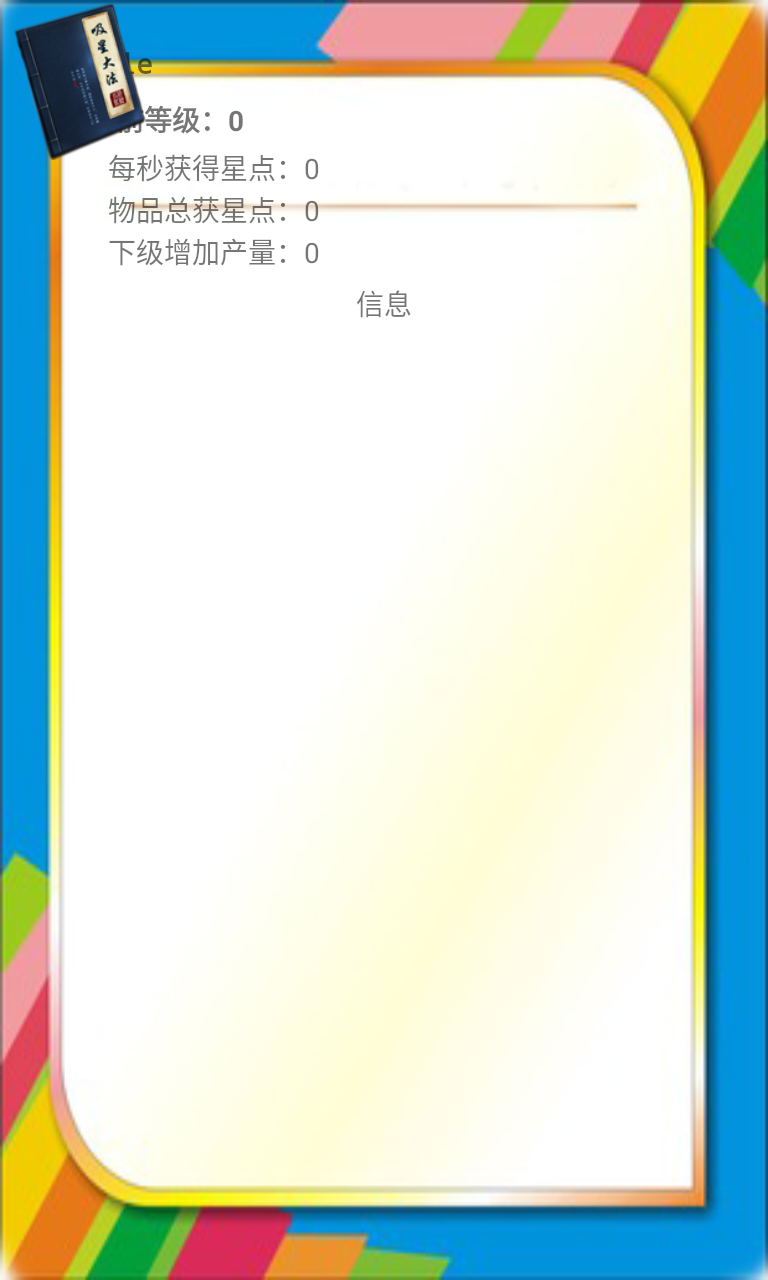
Repository: xianyun2014/StarPoint
Layout: game/res/layout/build_info_view.xml
An editor plug-in stored every save of this project. The layout is shown before and after the next save, followed by the edit.
It is drawn on a 768 x 1280 px phone screen (xhdpi) without system bars, with theme AppTheme; the app's code is not run.

Above is the layout before, as saved 2014-11-17 15:33:51.

### game/res/layout/build_info_view.xml
<RelativeLayout xmlns:android="http://schemas.android.com/apk/res/android"
    xmlns:android1="http://schemas.android.com/apk/res/android"
    android1:id="@+id/build_info"
    android1:layout_width="wrap_content"
    android1:layout_height="wrap_content"
    android1:layout_alignParentLeft="true"
    android1:layout_alignParentTop="true"
    android1:layout_alignParentBottom="true"
    android1:layout_alignParentRight="true"
    android1:layout_marginTop="60dp"
    android1:layout_marginRight="10dp"
    android1:layout_marginLeft="10dp"
    android1:layout_marginBottom="150dp">

    <ImageView
        android1:id="@+id/imageView1"
        android1:layout_width="fill_parent"
        android1:layout_height="fill_parent"
        android1:layout_alignParentBottom="true"
        android1:layout_alignParentLeft="true"
        android1:layout_alignParentTop="true"
        android1:scaleType="fitXY"
        android1:src="@drawable/info_build" />

    <TextView
        android1:id="@+id/build_title"
        android1:layout_width="wrap_content"
        android1:layout_height="wrap_content"
        android1:layout_alignParentLeft="true"
        android1:layout_alignParentTop="true"
        android1:layout_below="@layout/build_info_view"
        android1:layout_marginLeft="34dp"
        android1:layout_marginTop="22dp"
        android1:text="title"
        android1:textStyle="bold"
        android1:typeface="monospace" />

    <TableLayout
        android1:id="@+id/TableLayout1"
        android1:layout_width="wrap_content"
        android1:layout_height="wrap_content"
        android1:layout_alignLeft="@+id/build_title"
        android1:layout_below="@+id/textcurlevel"
        android1:layout_marginLeft="20dp"
        android1:layout_marginTop="3dp" >

        <TableRow
            android1:id="@+id/tableRow1"
            android1:layout_width="wrap_content"
            android1:layout_height="wrap_content" >

            <TextView
                android1:id="@+id/textView1"
                android1:layout_width="wrap_content"
                android1:layout_height="wrap_content"
                android1:text="每秒获得星点：" />

            <TextView
                android1:id="@+id/txt_yield_sec"
                android1:layout_width="wrap_content"
                android1:layout_height="wrap_content"
                android1:text="0" />

        </TableRow>

        <TableRow
            android1:id="@+id/tableRow2"
            android1:layout_width="wrap_content"
            android1:layout_height="wrap_content" >

            <TextView
                android1:id="@+id/textView3"
                android1:layout_width="wrap_content"
                android1:layout_height="wrap_content"
                android1:text="物品总获星点：" />

            <TextView
                android1:id="@+id/txt_yield_total"
                android1:layout_width="wrap_content"
                android1:layout_height="wrap_content"
                android1:text="0" />

        </TableRow>

        <TableRow
            android1:id="@+id/tableRow3"
            android1:layout_width="wrap_content"
            android1:layout_height="wrap_content" >

            <TextView
                android1:id="@+id/textView5"
                android1:layout_width="wrap_content"
                android1:layout_height="wrap_content"
                android1:text="下级增加产量：" />

            <TextView
                android1:id="@+id/txt_next_add"
                android1:layout_width="wrap_content"
                android1:layout_height="wrap_content"
                android1:text="0" />
        </TableRow>
    </TableLayout>

    <TextView
        android1:id="@+id/textcurlevel"
        android1:layout_width="wrap_content"
        android1:layout_height="wrap_content"
        android1:layout_alignLeft="@id/build_title"
        android1:layout_below="@+id/build_title"
        android1:layout_marginLeft="10dp"
        android1:layout_marginTop="8dp"
        android1:text="当前等级："
        android1:textStyle="bold" />

    <TextView
        android1:id="@+id/txt_Level"
        android1:layout_width="wrap_content"
        android1:layout_height="wrap_content"
        android1:layout_alignBaseline="@+id/textcurlevel"
        android1:layout_alignBottom="@+id/textcurlevel"
        android1:layout_toRightOf="@+id/textcurlevel"
        android1:text="0"
        android1:textStyle="bold" />

    <TextView
        android1:id="@+id/textView2"
        android1:layout_width="wrap_content"
        android1:layout_height="wrap_content"
        android1:layout_below="@+id/TableLayout1"
        android1:layout_centerHorizontal="true"
        android1:layout_marginTop="5dp"
        android1:text="信息" />

    <ImageView
        android1:id="@+id/imageView2"
        android1:layout_width="80dp"
        android1:layout_height="80dp"
        android1:layout_below="@id/build_info"
        android1:layout_marginRight="1dp"
        android1:layout_toRightOf="@id/build_info"
        android1:src="@drawable/jz_xzdf" />

</RelativeLayout>

Loaded but not shown: game/res/values/styles.xml (common file); game/res/values-v11/styles.xml (common file); game/res/values-v14/styles.xml (common file)

After the next save:
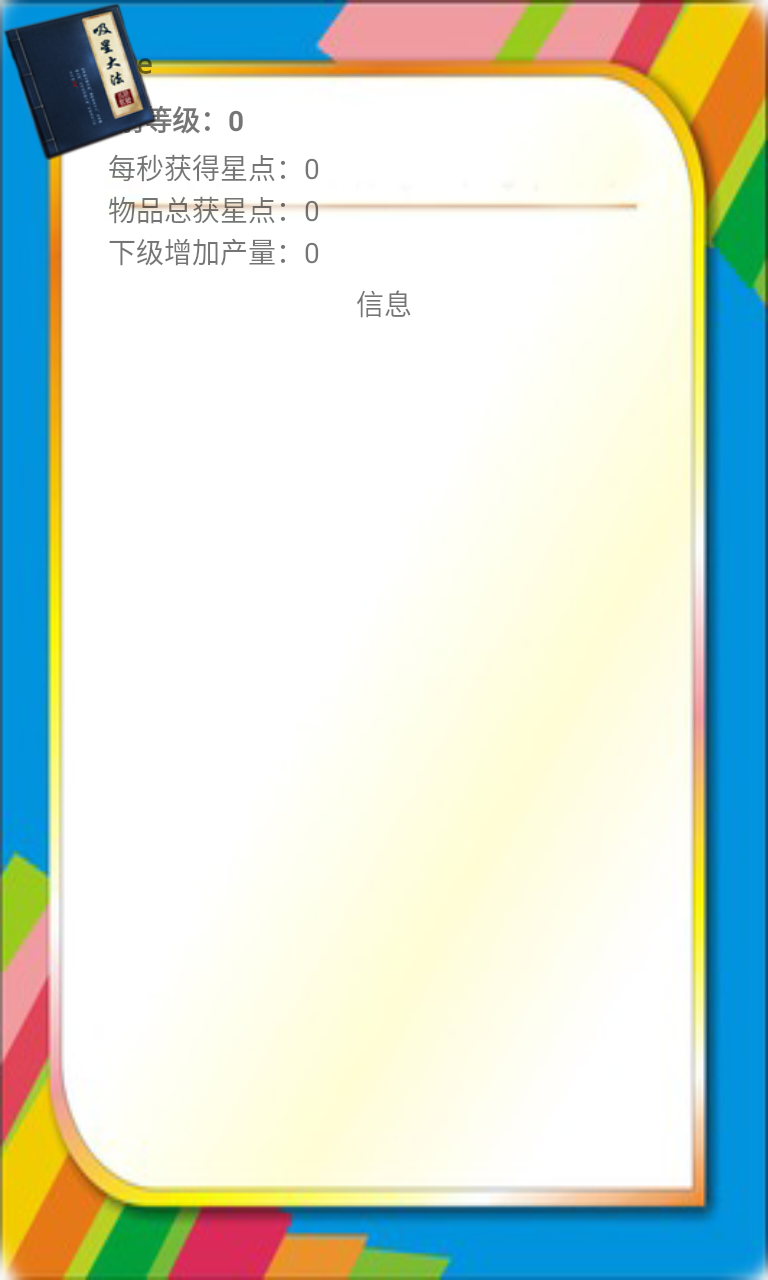
Saved 103 s later.
--- a/game/res/layout/build_info_view.xml
+++ b/game/res/layout/build_info_view.xml
@@ -135,9 +135,9 @@
         android1:id="@+id/imageView2"
         android1:layout_width="80dp"
         android1:layout_height="80dp"
-        android1:layout_below="@id/build_info"
-        android1:layout_marginRight="1dp"
-        android1:layout_toRightOf="@id/build_info"
+        android1:layout_below="@+id/build_info"
+        android1:layout_marginRight="10dp"
+        android1:scaleType="fitXY"
         android1:src="@drawable/jz_xzdf" />
 
 </RelativeLayout>
